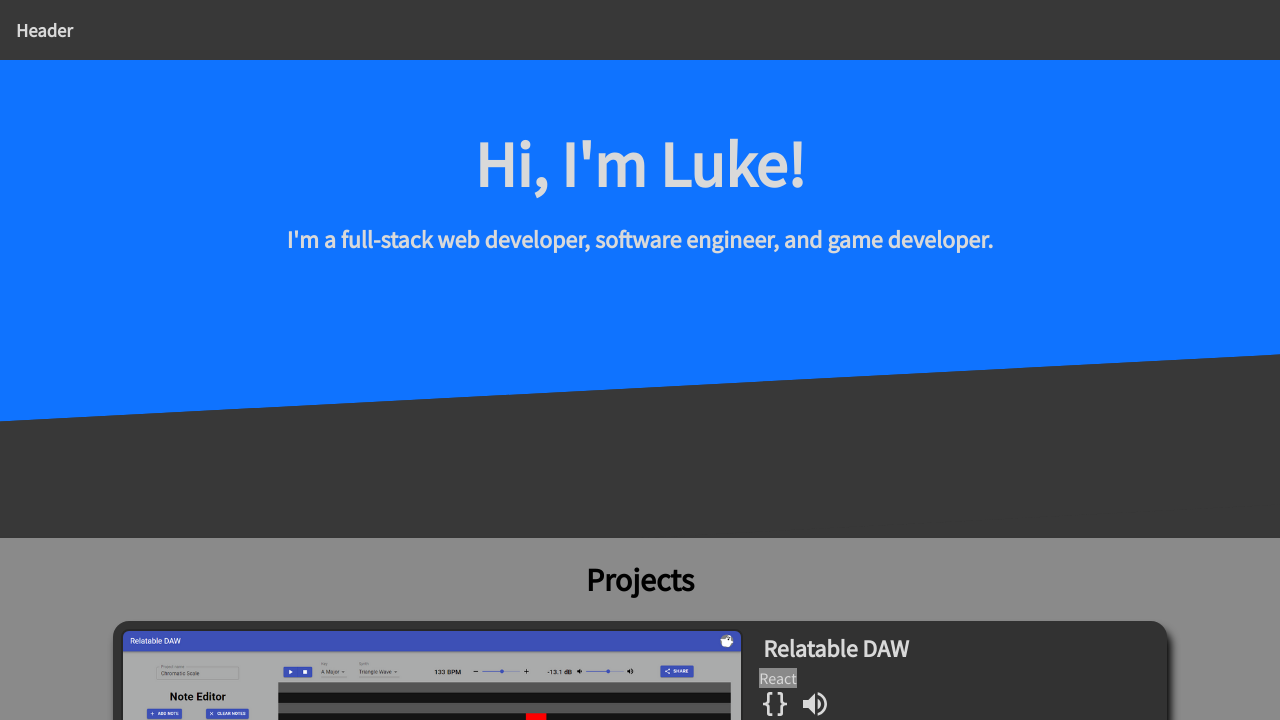
Repository: lbodwell/Personal-Website
Page: index.html
These files come from the project's save history. The page is drawn as it stood at one moment and after the next save; the edit follows.
The browser window is 1280 px wide. The pictures show the whole page.
An inner scrolling area shows only its first screen.

Above is the page before, as saved 2022-04-04 19:33:35.

### index.html
<!DOCTYPE html>
<html lang="en">
    <head>
        <meta charset="UTF-8">
        <meta http-equiv="X-UA-Compatible" content="IE=edge">
        <meta name="viewport" content="width=device-width, initial-scale=1.0">
        <title>Luke Bodwell</title>
        <script type="text/javascript" src="script.js" defer></script>
        <link rel="stylesheet" href="styles.css">
    </head>
    <body>
        <header>
            <h3>Header</h3>
        </header>
        <content>
            <div class="intro">
                <h1>Hi, I'm Luke!</h1>
                <h2>I'm a full-stack web developer, software engineer, and game developer.</h2>
            </div>
            <div class="projects-container">
                <h1>Projects</h1>
                <div class="projects">
                    <div class="project project-img-left">
                        <div class="project-image">
                            <img src="images/relatable-daw.png"></img>
                        </div>
                        <div class="project-info">
                            <div class="project-title">
                                <h2>Relatable DAW</h2>
                                <div class="project-tags">
                                    <div class="project-tag">
                                        <p>React</p>
                                    </div>
                                </div>
                                <div class="project-types">
                                    <!-- Code icon -->
                                    <svg style="width:32px;height:32px" viewBox="0 0 24 24">
                                        <path fill="currentColor" d="M8,3A2,2 0 0,0 6,5V9A2,2 0 0,1 4,11H3V13H4A2,2 0 0,1 6,15V19A2,2 0 0,0 8,21H10V19H8V14A2,2 0 0,0 6,12A2,2 0 0,0 8,10V5H10V3M16,3A2,2 0 0,1 18,5V9A2,2 0 0,0 20,11H21V13H20A2,2 0 0,0 18,15V19A2,2 0 0,1 16,21H14V19H16V14A2,2 0 0,1 18,12A2,2 0 0,1 16,10V5H14V3H16Z" />
                                    </svg>
                                    <!-- Audio icon -->
                                    <svg style="width:32px;height:32px" viewBox="0 0 24 24">
                                        <path fill="currentColor" d="M14,3.23V5.29C16.89,6.15 19,8.83 19,12C19,15.17 16.89,17.84 14,18.7V20.77C18,19.86 21,16.28 21,12C21,7.72 18,4.14 14,3.23M16.5,12C16.5,10.23 15.5,8.71 14,7.97V16C15.5,15.29 16.5,13.76 16.5,12M3,9V15H7L12,20V4L7,9H3Z" />
                                    </svg>
                                </div>
                            </div>
                            <p>Project description goes here. Lorem ipsum dolor sit amet consectetur adipisicing elit. Maxime mollitia,
                                molestiae quas vel sint commodi repudiandae consequuntur voluptatum laborum
                                numquam blanditiis harum quisquam eius sed odit fugiat iusto fuga praesentium
                                optio, eaque rerum! Provident similique accusantium nemo autem.</p>
                            <div class="project-links">
                                <a class="btn" id="btn-demo-proj1" href="https://relatable-daw.com" target="_blank">Live Demo</a>
                                <a class="btn" id="btn-video-proj1" href="https://drive.google.com/file/d/1R21yoplPYTj6aw2hVH3COGZ260A-Z0TO/view" target="_blank">Video</a>
                                <a class="btn" id="btn-code-proj1" href="https://github.com/lbodwell/Relatable-DAW" target="_blank">Code</a>
                            </div>
                        </div>
                    </div>
                    <div class="project project-img-right">
                        <div class="project-info">
                            <div class="project-title">
                                <h2>GeoBlade</h2>
                                <div class="project-types">
                                    <!-- Code icon -->
                                    <svg style="width:32px;height:32px" viewBox="0 0 24 24">
                                        <path fill="currentColor" d="M8,3A2,2 0 0,0 6,5V9A2,2 0 0,1 4,11H3V13H4A2,2 0 0,1 6,15V19A2,2 0 0,0 8,21H10V19H8V14A2,2 0 0,0 6,12A2,2 0 0,0 8,10V5H10V3M16,3A2,2 0 0,1 18,5V9A2,2 0 0,0 20,11H21V13H20A2,2 0 0,0 18,15V19A2,2 0 0,1 16,21H14V19H16V14A2,2 0 0,1 18,12A2,2 0 0,1 16,10V5H14V3H16Z" />
                                    </svg>
                                    <!-- Game icon -->
                                    <svg style="width:32px;height:32px" viewBox="0 0 24 24">
                                        <path fill="currentColor" d="M7.97,16L5,19C4.67,19.3 4.23,19.5 3.75,19.5A1.75,1.75 0 0,1 2,17.75V17.5L3,10.12C3.21,7.81 5.14,6 7.5,6H16.5C18.86,6 20.79,7.81 21,10.12L22,17.5V17.75A1.75,1.75 0 0,1 20.25,19.5C19.77,19.5 19.33,19.3 19,19L16.03,16H7.97M7,8V10H5V11H7V13H8V11H10V10H8V8H7M16.5,8A0.75,0.75 0 0,0 15.75,8.75A0.75,0.75 0 0,0 16.5,9.5A0.75,0.75 0 0,0 17.25,8.75A0.75,0.75 0 0,0 16.5,8M14.75,9.75A0.75,0.75 0 0,0 14,10.5A0.75,0.75 0 0,0 14.75,11.25A0.75,0.75 0 0,0 15.5,10.5A0.75,0.75 0 0,0 14.75,9.75M18.25,9.75A0.75,0.75 0 0,0 17.5,10.5A0.75,0.75 0 0,0 18.25,11.25A0.75,0.75 0 0,0 19,10.5A0.75,0.75 0 0,0 18.25,9.75M16.5,11.5A0.75,0.75 0 0,0 15.75,12.25A0.75,0.75 0 0,0 16.5,13A0.75,0.75 0 0,0 17.25,12.25A0.75,0.75 0 0,0 16.5,11.5Z" />
                                    </svg>
                                    <!-- Audio icon -->
                                    <svg style="width:32px;height:32px" viewBox="0 0 24 24">
                                        <path fill="currentColor" d="M14,3.23V5.29C16.89,6.15 19,8.83 19,12C19,15.17 16.89,17.84 14,18.7V20.77C18,19.86 21,16.28 21,12C21,7.72 18,4.14 14,3.23M16.5,12C16.5,10.23 15.5,8.71 14,7.97V16C15.5,15.29 16.5,13.76 16.5,12M3,9V15H7L12,20V4L7,9H3Z" />
                                    </svg>
                                </div>
                            </div>
                            <p>Project description goes here. Lorem ipsum dolor sit amet consectetur adipisicing elit. Maxime mollitia,
                                molestiae quas vel sint commodi repudiandae consequuntur voluptatum laborum
                                numquam blanditiis harum quisquam eius sed odit fugiat iusto fuga praesentium
                                optio, eaque rerum! Provident similique accusantium nemo autem.</h>
                            <div class="project-links">
                                <a class="btn" id="btn-download-proj2">Download</a>
                                <a class="btn" id="btn-video-proj2">Video</a>
                                <a class="btn" id="btn-code-proj2">Code</a>
                            </div>
                        </div>
                        <div class="project-image">
                            <img src="images/relatable-daw.png"></img>
                        </div>
                    </div>
                    <div class="project project-img-left">
                        <div class="project-image">
                            <img src="images/relatable-daw.png"></img>
                        </div>
                        <div class="project-info">
                            <div class="project-title">
                                <h2>Example project 3</h2>
                                <div class="project-types">
                                    <!-- Code icon -->
                                    <svg style="width:32px;height:32px" viewBox="0 0 24 24">
                                        <path fill="currentColor" d="M8,3A2,2 0 0,0 6,5V9A2,2 0 0,1 4,11H3V13H4A2,2 0 0,1 6,15V19A2,2 0 0,0 8,21H10V19H8V14A2,2 0 0,0 6,12A2,2 0 0,0 8,10V5H10V3M16,3A2,2 0 0,1 18,5V9A2,2 0 0,0 20,11H21V13H20A2,2 0 0,0 18,15V19A2,2 0 0,1 16,21H14V19H16V14A2,2 0 0,1 18,12A2,2 0 0,1 16,10V5H14V3H16Z" />
                                    </svg>
                                </div>
                            </div>
                            <p>Project description goes here. Lorem ipsum dolor sit amet consectetur adipisicing elit. Maxime mollitia,
                                molestiae quas vel sint commodi repudiandae consequuntur voluptatum laborum
                                numquam blanditiis harum quisquam eius sed odit fugiat iusto fuga praesentium
                                optio, eaque rerum! Provident similique accusantium nemo autem.</h>
                            <div class="project-links">
                                <a class="btn" id="btn-demo-proj3">Live Demo</a>
                                <a class="btn" id="btn-video-proj3">Video</a>
                                <a class="btn" id="btn-code-proj3">Code</a>
                            </div>
                        </div>
                    </div>
                </div>
                <a id="see-more-projects" href="#">See more</a>
            </div>
            <div class="skills">
                <h1>Skills</h1>
                <div class="skills">
                </div>
            </div>
        </content>
        <footer>
            <h3>Footer</h5>
        </footer>
    </body>
</html>

### styles.css
@import url("https://fonts.googleapis.com/css2?family=Source+Sans+Pro&display=swap");

html {
    font-family: "Source Sans Pro", sans-serif;
    background-color: #383838;
}

html, body {
    width: 100%;
    height: 100%;
    margin: 0;
    max-width: 100%;
    overflow-x: hidden;
}

h2, h3, h4, h5, h6, p, svg {
    color: rgb(217, 217, 217);
}

header {
    margin-left: 1rem;
}

content {
    display: flex;
    flex-direction: column;
    align-items: center;
}

.intro {
    color: rgb(217, 217, 217);
    position: relative;
    text-align: center;
    background-color: #0f73ff;
    padding: 4rem;
    width: 100%;
    height: 250px;
    margin-bottom: 100px;
}

.intro > h1 {
    font-size: 64px;
    margin: 0;
}

.intro::before, .intro::after {
    content: "";
    position: absolute;
    height: 150px;
    bottom: -100px;
    right: 0;
    left: 0;
    background: #383838;
    transform: skewY(-3deg);
}

.projects-container {
    text-align: center;
    background-color: rgb(138, 138, 138);
    padding: 0 64rem 2rem 64rem;
    filter: drop-shadow(4px 8px 4px black);
}

.projects {
    display: grid;
    grid-template-columns: 1fr;
}

.project {
    display: flex;
    gap: 16px;
    width: auto;
    height: 300px;
    margin-bottom: 1rem;
    padding: 0.5rem;
    background-color: #323232;
    border-radius: 16px;
    filter: drop-shadow(4px 8px 4px black);
}

.project-info {
    display: flex;
    flex-direction: column;
    width: 400px;
    border:
}

.project-img-left > .project-info {
    align-items: flex-start;
    text-align: left;
}

.project-img-right > .project-info {
    align-items: flex-end;
    text-align: right;
}

.project-title {
    display: flex;
    flex-direction: column;
    align-items: flex-start;
}

.project-title > h2 {
    margin: 4px;
}

.project-types {
    display: flex;
    flex-direction: row;
    gap: 8px;
}

.project-tags {
    display: grid;
    grid-template-columns: repeat(4, 1fr);
}

.project-tag > p {
    margin: 0;
    background-color: #8a8a8a;
}

.project-img-left .project-types {
    justify-content: flex-start;
}

.project-img-right .project-types {
    justify-content: flex-end;
}

.project-links {
    display: flex;
    flex-direction: row;
    gap: 4px;
}

.btn {
    font-weight: bolder;
    background-color: #0f73ff;
    color: rgb(217, 217, 217);
    border-radius: 8px;
    filter: drop-shadow(2px 4px 2px black);
    padding: 0.25rem 1rem;
    border: none;
    text-decoration: none;
}

.btn:hover {
    background-color: #0c4eac;
    cursor: pointer;
}

.project img {
    width: auto;
    height: 100%;
    border: 2px solid #272727;
    border-radius: 8px;
}

footer {
    margin: 1rem;
}

Loaded but not shown: script.js (common file)

After the next save:
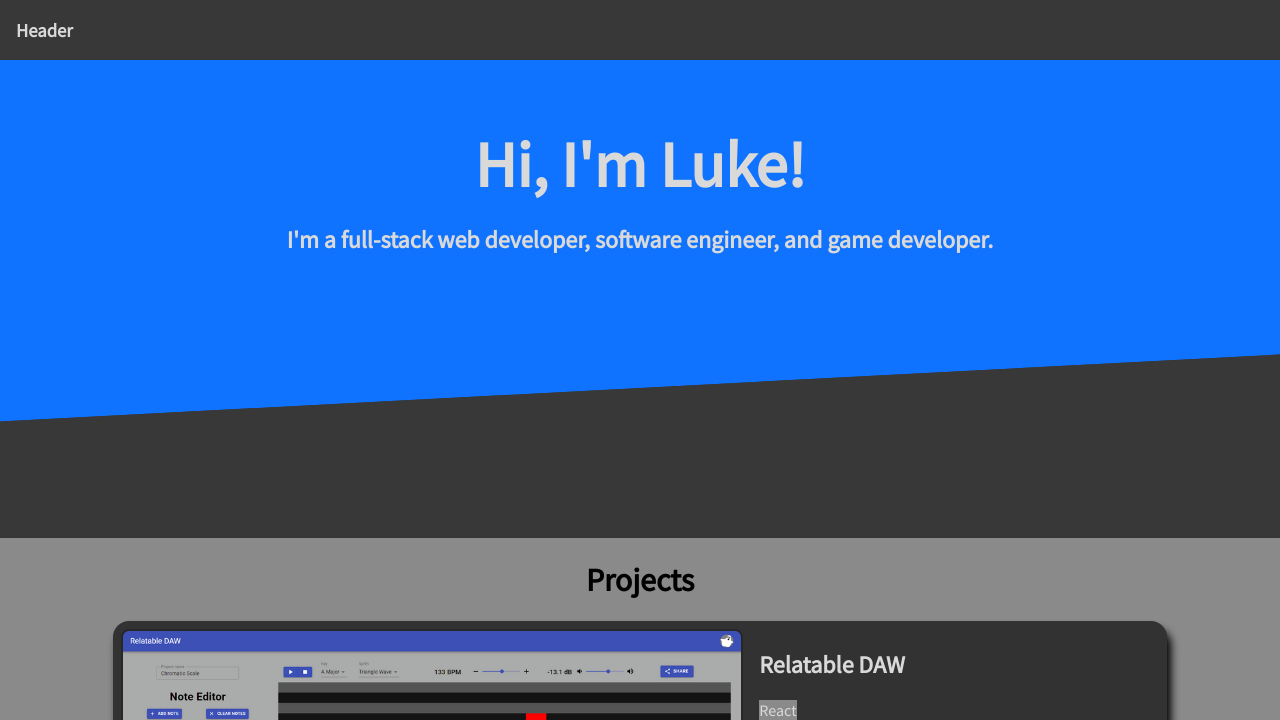
Saved 6 s later.
--- a/styles.css
+++ b/styles.css
@@ -102,7 +102,7 @@ content {
 }
 
 .project-title > h2 {
-    margin: 4px;
+    margin: ;
 }
 
 .project-types {
